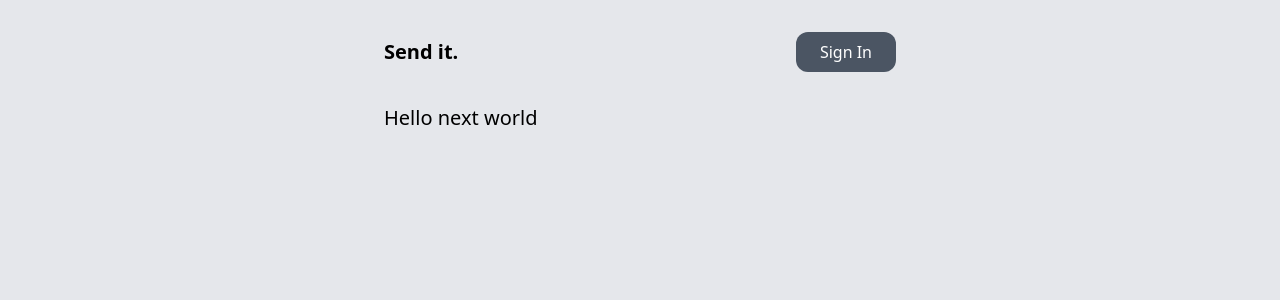
Repository: AMT98/SEND-IT
Page: /
The author's editor kept a copy of each file at every save. The page is drawn from the files as they stood at one save, then again after the next save.
The browser window is 1280 px wide. The pictures show the whole page.
The page's requests for data from a server got no answer. The project was rebuilt for these pictures with package versions that can differ from the ones it lists, and the page was loaded fresh each time. The framework's server and built-in components were replaced by stand-ins that run in the browser. No one was signed in, and anything a server would have sent is missing. Also part of the build but not shown: next.config.js, app/auth/Logged.tsx.

Above is the page before, as saved 2023-02-14 16:59:01.

### app/layout.jsx
import Nav from "./auth/Nav";
import "./globals.css";
import { Roboto } from "@next/font/google";
const roboto = Roboto ({
  subsets: ["latin"],
  weight: ['400', "700"],
  variable: "--font-roboto"
})
export default function RootLayout({ children }) {
  return (
    <html lang="en">
      {/*
        <head /> will contain the components returned by the nearest parent
        head.tsx. Find out more at https://beta.nextjs.org/docs/api-reference/file-conventions/head
      */}
      <head />
      <body className={`mx-4 md:mx-48 xl:mx-96 ${roboto.variable} bg-gray-200`}>
        <Nav />
        {children}
      </body>
    </html>
  );
}

### app/page.tsx
"use client";
import AddPost from "./components/AddPost";

export default function Home() {
  return (
    <main>
      <h1 className="text-xl">Hello next world</h1>
    </main>
  );
}

### app/auth/Nav.tsx
import Link from "next/link";
import Login from "./Login";
import { getServerSession } from "next-auth/next";
import { authOptions } from "../../pages/api/auth/[...nextauth]";
import Logged from "./Logged";

const Nav = async () => {
  const session = await getServerSession(authOptions);

  return (
    <nav className="flex justify-between items-center py-8">
      <Link href={"/"}>
        <h1 className="font-bold text-xl">Send it.</h1>
      </Link>
      <ul className="flex items-center gap-6">
        {!session?.user && <Login />}
        {session?.user && <Logged image={session.user?.image || ""} />}
      </ul>
    </nav>
  );
};

export default Nav;

### app/globals.css
@tailwind base;
@tailwind components;
@tailwind utilities;

:root {
  --max-width: 1100px;
  --border-radius: 12px;
  --font-mono: ui-monospace, Menlo, Monaco, 'Cascadia Mono', 'Segoe UI Mono',
    'Roboto Mono', 'Oxygen Mono', 'Ubuntu Monospace', 'Source Code Pro',
    'Fira Mono', 'Droid Sans Mono', 'Courier New', monospace;

  --foreground-rgb: 0, 0, 0;
  --background-start-rgb: 214, 219, 220;
  --background-end-rgb: 255, 255, 255;

  --primary-glow: conic-gradient(
    from 180deg at 50% 50%,
    #16abff33 0deg,
    #0885ff33 55deg,
    #54d6ff33 120deg,
    #0071ff33 160deg,
    transparent 360deg
  );
  --secondary-glow: radial-gradient(
    rgba(255, 255, 255, 1),
    rgba(255, 255, 255, 0)
  );

  --tile-start-rgb: 239, 245, 249;
  --tile-end-rgb: 228, 232, 233;
  --tile-border: conic-gradient(
    #00000080,
    #00000040,
    #00000030,
    #00000020,
    #00000010,
    #00000010,
    #00000080
  );

  --callout-rgb: 238, 240, 241;
  --callout-border-rgb: 172, 175, 176;
  --card-rgb: 180, 185, 188;
  --card-border-rgb: 131, 134, 135;
}

@media (prefers-color-scheme: dark) {
  :root {
    --foreground-rgb: 255, 255, 255;
    --background-start-rgb: 0, 0, 0;
    --background-end-rgb: 0, 0, 0;

    --primary-glow: radial-gradient(rgba(1, 65, 255, 0.4), rgba(1, 65, 255, 0));
    --secondary-glow: linear-gradient(
      to bottom right,
      rgba(1, 65, 255, 0),
      rgba(1, 65, 255, 0),
      rgba(1, 65, 255, 0.3)
    );

    --tile-start-rgb: 2, 13, 46;
    --tile-end-rgb: 2, 5, 19;
    --tile-border: conic-gradient(
      #ffffff80,
      #ffffff40,
      #ffffff30,
      #ffffff20,
      #ffffff10,
      #ffffff10,
      #ffffff80
    );

    --callout-rgb: 20, 20, 20;
    --callout-border-rgb: 108, 108, 108;
    --card-rgb: 100, 100, 100;
    --card-border-rgb: 200, 200, 200;
  }
}

* {
  box-sizing: border-box;
  padding: 0;
  margin: 0;
}

html,
body {
  max-width: 100vw;
  overflow-x: hidden;
}

### app/auth/Login.tsx
"use client";
import { signIn } from "next-auth/react";

export default function Login() {
  return (
    <li className="list-none">
      <button onClick={() => signIn()} className="text-md bg-gray-600 text-white py-2 px-6 rounded-xl disabled:opacity-25">
        Sign In
      </button>
    </li>
  );
}

### pages/api/auth/[...nextauth].js
import NextAuth from "next-auth";
import GoogleProvider from "next-auth/providers/google";
import { PrismaAdapter } from "@next-auth/prisma-adapter";
import prisma from "../../../prisma/client";

export const authOptions = {
  adapter: PrismaAdapter(prisma),
  providers: [
    GoogleProvider({
      clientId: process.env.GOOGLE_CLIENT_ID,
      clientSecret: process.env.GOOGLE_CLIENT_SECRET,
    }),
  ],
};

export default NextAuth(authOptions);

### prisma/client.js
import {PrismaClient} from "@prisma/client"
const client = globalThis.prisma || new PrismaClient()
if (process.env.NODE_ENV !== "production") globalThis.prisma = client

export default client

### app/components/AddPost.tsx
"use client";
import { useState } from "react";

export default function CreatePost() {
  const [title, setTitle] = useState("");
  return (
    <form>
      <div>
        <textarea
          onChange={(e) => setTitle(e.target.value)}
          name="title"
          value={title}
          placeholder="What's on your mind?"
        ></textarea>
      </div>
    </form>
  );
}

Loaded but not shown: tailwind.config.js (common file)

After the next save:
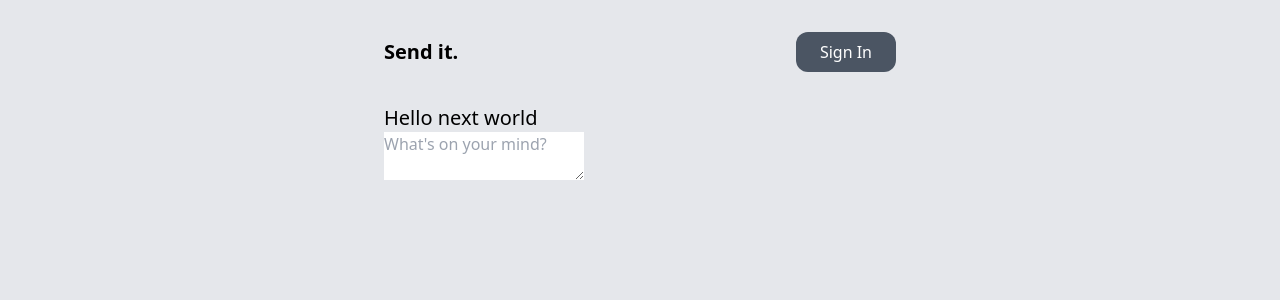
Saved 6 s later.
--- a/app/page.tsx
+++ b/app/page.tsx
@@ -5,6 +5,7 @@ export default function Home() {
   return (
     <main>
       <h1 className="text-xl">Hello next world</h1>
+      <AddPost />
     </main>
   );
 }
